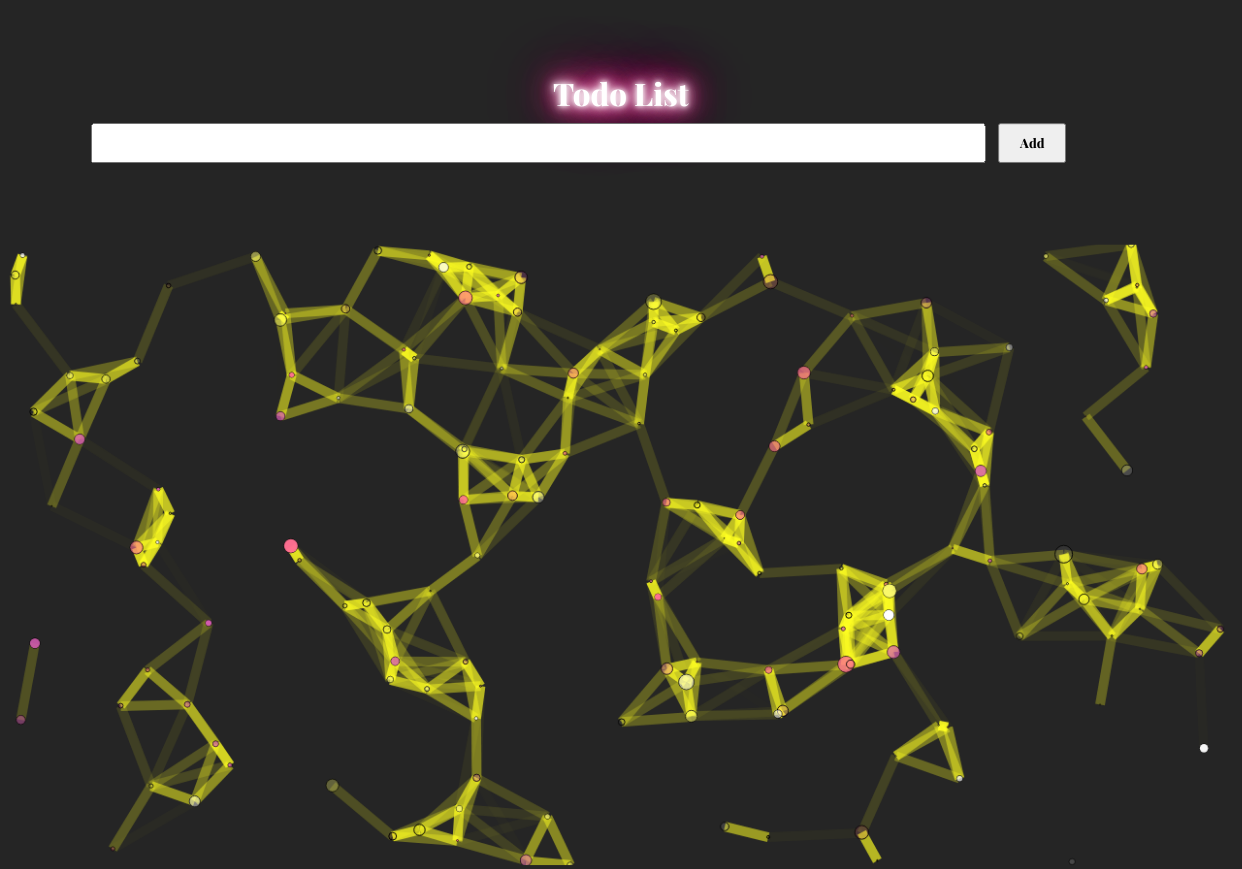
Repository: TENSAEA/----todo
Page: index.html
An editor plug-in stored every save of this project. The page is shown before and after the next save, followed by the edit.
The browser window is 1280 px wide. The pictures show the whole page, at 97% of full size.
Some web fonts or font styles are not loaded; a fallback is used.

Above is the page before, as saved 2023-10-12 22:14:55.

### index.html
<!DOCTYPE html>
<html lang="en">
  <head>
    <meta charset="UTF-8" />
    <meta name="viewport" content="width=device-width, initial-scale=1.0" />
    <title>TodoList</title>
    <link rel="stylesheet" href="style.css" />
  </head>
  <body>
    <div id="particle">
      <div class="container">
        <h1>Todo List</h1>
        <div class="header">
          <form class="form">
            <input type="text" id="add" />
            <label for="add"><button id="addBtn">Add</button></label>
          </form>
        </div>
        <div class="list-div">
          <!-- <div class="list-hide">
          <ul class="list">
            <li>
              <input class="list-text" type="text" id="edit" readonly />
              <label for="edit">
                <button class="edit">Edit</button
                ><button class="delete">Delete</button>
              </label>
            </li>
          </ul>
        </div> -->
        </div>
      </div>
    </div>
    <script src="particles.js"></script>
    <script src="https://cdn.jsdelivr.net/npm/particles.js@2.0.0/particles.min.js"></script>
    <script src="script.js"></script>
  </body>
</html>

### style.css
@import url('https://fonts.googleapis.com/css2?family=Bungee+Spice&family=Playfair+Display:wght@800&display=swap');

*{
   box-sizing:border-box;
   margin:0;
   padding:0;
   font-family: 'Bungee Spice', sans-serif;
font-family: 'Playfair Display', serif;}
body{
    background-color: #252525;
}

#particle{
    width: 100%;
    height: 100%;
    background-size: cover;

}

.container{
    display: flex;
    flex-direction: column;
    padding: 5%;
}

.container h1{
    padding:10px;
    text-align:center;
    color: #FFFFFF;
text-shadow: #FFF 0px 0px 5px, #FFF 0px 0px 10px, #FFF 0px 0px 15px, #FF2D95 0px 0px 20px, #FF2D95 0px 0px 30px, #FF2D95 0px 0px 40px, #FF2D95 0px 0px 50px, #FF2D95 0px 0px 75px;
color: #FFFFFF;


}

.header{
    padding-bottom: 20px;
}

#add{
    padding: 10px;
    width:80%;
    margin-left:30px;
}
.form label button{
    padding:10px;
    width:70px;
    margin-left:10px;
    cursor: pointer;
}

.list{
    padding-bottom: 20px;
}

.list li{
    list-style-type: none;
}

.list-div .list li .list-text{
    padding: 10px;
    width:60%;
    margin-left:60px;
}
.edit,.delete{
    padding:10px;
    width:70px;
    margin-left:10px;
    cursor: pointer;
}

@media (max-width:636px){
    .form label button{
        padding:10px;
        width:70px;
        margin:3% 40%;
        cursor: pointer;
    }
    .edit,.delete{
        padding:10px;
        width:70px;
        margin:2% 38%;
        cursor: pointer;
    }
    }

### particles.js
var config = {
  particles: {
    number: {
      value: 150,

      density: {
        enable: true,
        value_area: 786,
      },
    },
    color: {
      value: ["#ffffff", "#FF6F91", "#F9F871", "#D65DB1"],
    },
    shape: {
      type: "circle",
      stroke: {
        width: 1,
        color: "#000000",
      },
      polygon: {
        nb_sides: 12,
      },
      image: {
        src: "",
        width: 100,
        height: 100,
      },
    },
    opacity: {
      value: 1,
      random: true,
      anim: {
        enable: true,
        speed: 1,
        opacity_min: 0,
        sync: false,
      },
    },
    size: {
      value: 10,
      random: true,
      anim: {
        enable: true,
        speed: 3,
        size_min: 0.3,
        sync: false,
      },
    },
    line_linked: {
      enable: true,
      distance: 100,
      color: "#ff2",
      opacity: 1,
      width: 10,
    },
    move: {
      enable: true,
      speed: 1.3,
      direction: "top",
      random: true,
      straight: true,
      out_mode: "out",
      bounce: false,
      attract: {
        enable: true,
        rotateX: 2082.2488,
        rotateY: 3363.6328,
      },
    },
  },
  interactivity: {
    detect_on: "canvas",
    events: {
      onhover: {
        enable: true,
        mode: "grab",
      },
      onclick: {
        enable: true,
        mode: "repulse",
      },
      resize: true,
    },
    modes: {
      grab: {
        distance: 70,
        line_linked: {
          opacity: 0.5,
        },
      },
      bubble: {
        distance: 100,
        size: 5,
        duration: 8.598243,
        opacity: 0,
        speed: 3,
      },
      repulse: {
        distance: 150,
        duration: 0.8,
      },
      push: {
        particles_nb: 4,
      },
      remove: {
        particles_nb: 2,
      },
    },
  },
  retina_detect: true,
};

window.onload = function () {
  let clause = window.innerWidth < 768;
  config.particles.number.value = clause ? 80 : 150;
  particlesJS("particle", config);
};

### script.js
window.addEventListener("load", () => {
  let addInput = document.getElementById("add");
  let addBtn = document.getElementById("addBtn");

  addBtn.addEventListener("click", (e) => {
    e.preventDefault();
    console.log("clicked");
    let list = document.querySelector(".list-div");
    let ul = document.createElement("ul");
    ul.classList.add("list");
    let li = document.createElement("li");
    ul.appendChild(li);
    let input = document.createElement("input");
    input.classList.add("list-text");
    input.type = "text";
    input.id = "edit";
    input.setAttribute("readonly", "readonly");
    input.value = addInput.value;
    li.appendChild(input);

    let label = document.createElement("label");
    label.setAttribute("for", "edit");
    li.appendChild(label);
    let buttonOne = document.createElement("button");
    buttonOne.classList.add("edit");
    buttonOne.textContent = "Edit";
    label.appendChild(buttonOne);
    let buttonTwo = document.createElement("button");
    buttonTwo.classList.add("delete");
    buttonTwo.textContent = "Delete";
    label.appendChild(buttonTwo);

    let listHide = document.createElement("div");
    listHide.classList.add("list-hide");

    listHide.appendChild(ul);
    list.appendChild(listHide);

    buttonOne.addEventListener("click", () => {
      if (buttonOne.textContent.toLowerCase() == "edit") {
        input.removeAttribute("readonly");
        buttonOne.textContent = "Save";
        input.focus();
      } else {
        input.setAttribute("readonly", "readonly");
        buttonOne.textContent = "Edit";
      }
    });

    buttonTwo.addEventListener("click", () => {
      list.removeChild(listHide);
    });
  });
});

After the next save:
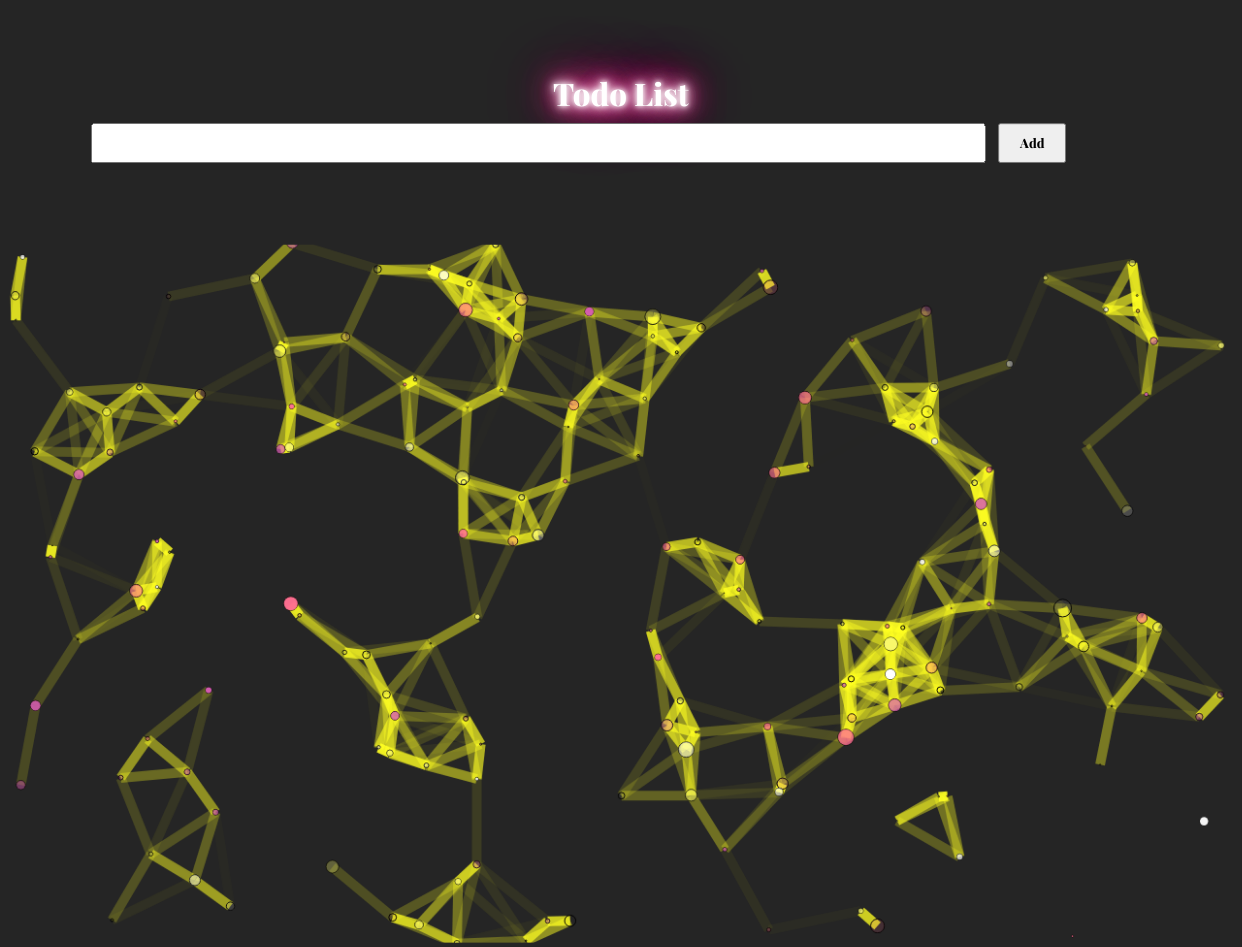
Saved 92 s later.
--- a/style.css
+++ b/style.css
@@ -11,9 +11,12 @@ body{
 }
 
 #particle{
-    width: 100%;
-    height: 100%;
-    background-size: cover;
+    position: absolute;
+      top: 0;
+      left: 0;
+      width: 100%;
+      height: 100%;
+      z-index: 1;
 
 }
 
